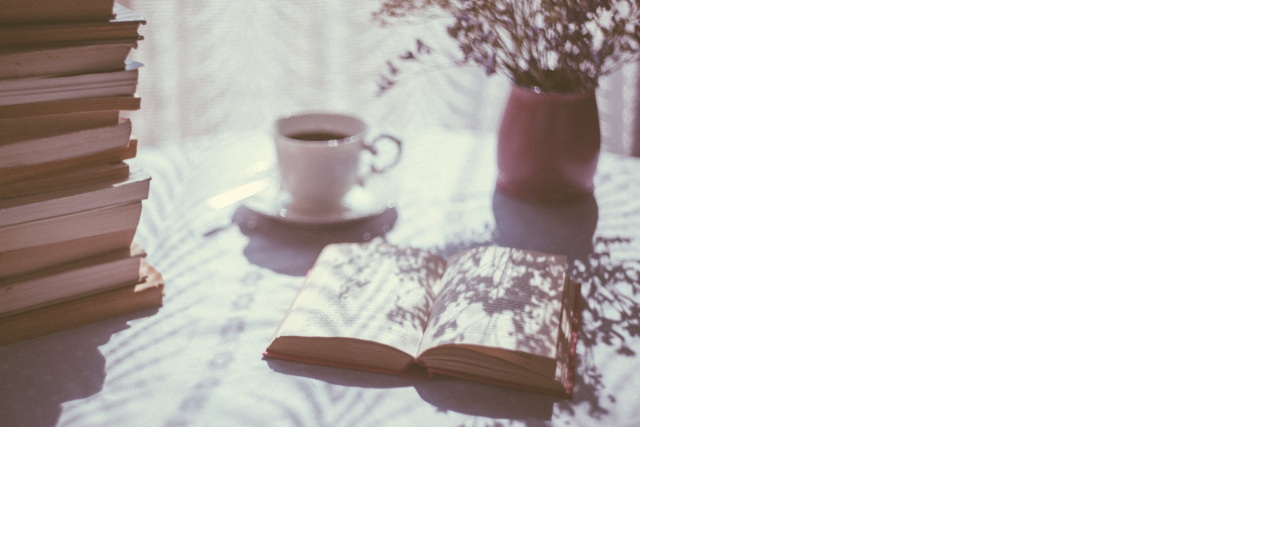
Repository: pazvarela/SCL019-social-network
Page: src/index.html
An editor plug-in stored every save of this project. The page is shown before and after the next save, followed by the edit.
The browser window is 1280 px wide. The pictures show the whole page.

Above is the page before, as saved 2022-03-08 17:17:14.
Console error (its wording comes from the project's code and is left out).

### src/index.html
<!DOCTYPE html>
<html lang="en">

<head>
    <meta charset="UTF-8">
    <meta name="viewport" content="width=device-width, initial-scale=1.0">
    <meta http-equiv="X-UA-Compatible" content="ie=edge">
    <link rel="stylesheet" href="style.css">
    <title>BarterBook</title>
</head>

<body>

    <div id="root"></div>

    <script type="module" src="main.js"></script>

</body>

</html>

### src/style.css
* {
    padding: 0;
    margin: 0;
    box-sizing: 0;
}

body {
    background-image: url('./img/backgroundbb.jpeg');
    background-repeat: no-repeat;
    background-clip: padding-box;
    background-size: 50%;
}

:root {
    --black-color: #000000;
    --brown-dark-color: #69442D;
    --chocolate-color: #995B36;
    --brown-light-color: #DEC6AF;
    --white-brown-color: #F5F5F5;
    --background-transp-color-init: rgba(222, 198, 175, 0.8) rgba(105, 68, 45, 1);
    --background-transp-mobil-color: rgba(231, 217, 209, 0.8) rgba(105, 68, 45, 1);
}

@font-face {
    font-family: 'Baloo 2', cursive;
    font-family: 'Bonheur Royale', cursive;
    src: url('https://fonts.googleapis.com/css2?family=Baloo+2&family=Bonheur+Royale&display=swap');
}

.error-img {
    background-color: var(--background-color-init);
}

### src/main.js
import { myFunction } from './lib/index.js';
// Este es el punto de entrada de tu aplicacion
import { changeRouter } from './routers/router.js';

// Con esta función le agregamos la nueva url: '#/' al comenzar la página.
const init = () => {
    changeRouter(window.location.hash);
};
// Al terminar de cargar la página(Event Load) se ejecuta la función INIT.
window.addEventListener('load', init);
init();

### src/routers/router.js
import { login } from './views/login.js';
/*import { register } from './views/registerView.js';*/


const templateviews = (hash) => {
    const containerRoot = document.getElementById('root');
    containerRoot.innerHTML = ''; // Reiniciando el Div a vacio;
    switch (hash) {
        case '#/':
        case '#/login':
            containerRoot.appendChild(login());
            break;
        case '#/register':
            containerRoot.appendChild(register());
            break;
        case '#/post':
            containerRoot.appendChild(post());
            break;
        default:
            containerRoot.innerHTML = 'ERROR 404';
            break;
    }
};

export const changeRouter = (hash) => {
    if (hash === '#/') {
        return templateviews(hash);
    }
    if (hash === '#/login') {
        return templateviews(hash);
    }
    if (hash === '#/register') {
        return templateviews(hash);
    }
    if (hash === '#/post') {
        return templateviews(hash);
    }
    return templateviews(hash);
};

// Cambia página frente a cambio de #

window.addEventListener('hashchange', () => {
    changeRouter(window.location.hash);
}, false);

### src/lib/views/login.js
export const home = () => {
    const viewHome = document.createElement("div");
    const formularioHome = `<form id = "formularioAcceso" class = "formularioAcceso">
    <div class= "email> Email </div>
    <input type = "email" id= "emailAcceso" class= "emailAcceso" placeholder="Email"/>
    <div class= "password"> Password </div>
    <input type="password" id="passwordAcceso" class="passwordAcceso" placeholder= "Enter password"/>
    button type="button" name="registrar" id="enviarRegistro" class="enviarRegistro" /button>
    </form>`
    viewHome.innerHtml = formularioHome;
    console.log(viewHome)


    // return viewHome
}

Loaded but not shown: src/lib/index.js (no stored copy; drawn as an empty file)

After the next save:
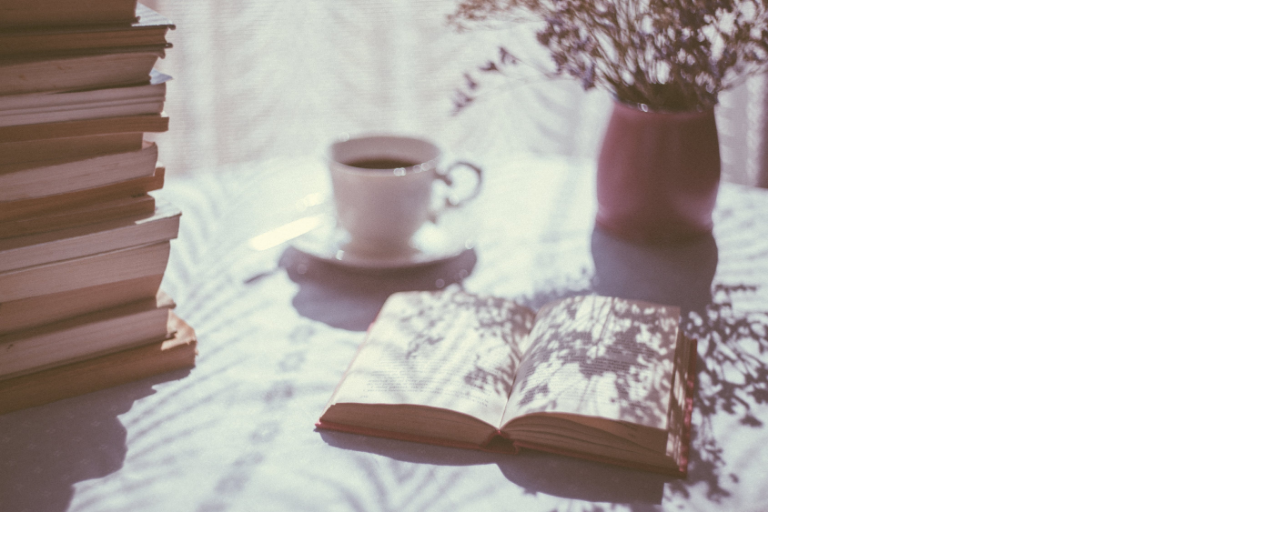
Saved 8 s later.
--- a/src/style.css
+++ b/src/style.css
@@ -8,7 +8,7 @@ body {
     background-image: url('./img/backgroundbb.jpeg');
     background-repeat: no-repeat;
     background-clip: padding-box;
-    background-size: 50%;
+    background-size: 60%;
 }
 
 :root {
